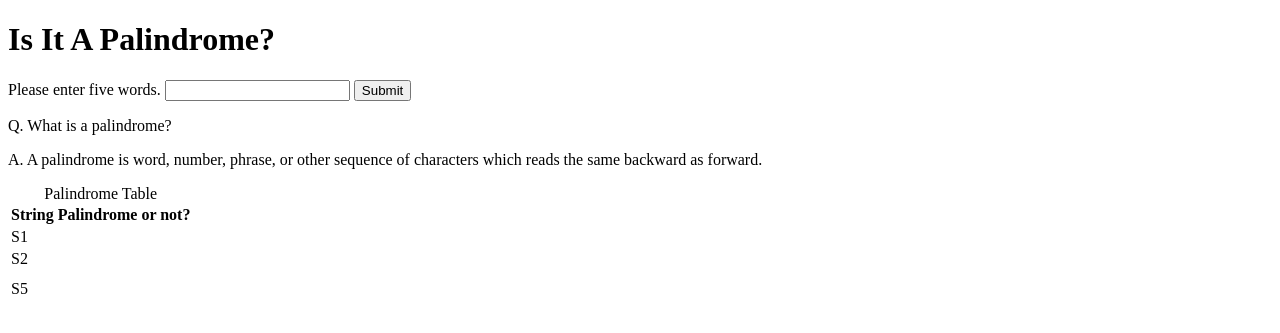
Repository: mlmEFSC21/P18-Palindrome-Table
Page: palindrome.html
The author's editor kept a copy of each file at every save. The page is drawn from the files as they stood at one save, then again after the next save.
The browser window is 1280 px wide. The pictures show the whole page.

Above is the page before, as saved 2022-04-03 17:19:40.

### palindrome.html
<!DOCTYPE html>
<html lang="en">
    <head>
        <meta charset="UTF-8" />
        <meta http-equiv="X-UA-Compatible" content="IE=edge" />
        <meta name="viewport" content="width=device-width, initial-scale=1.0" />
        <title>Palindrome Table</title>
    </head>
    <body>
        <header class="mainHeader">
            <h1>Is It A Palindrome?</h1>
        </header>
        <div class="mainContent">
            <div class="formContainer" id="formContainer">
                <form class="palindromeForm" id="palindromeForm">
                    <label for="stringInput">Please enter five words.</label>
                    <input
                        type="text"
                        name="stringInput"
                        class="stringInput"
                        id="stringInput"
                        required
                    />
                    <button type="submit" class="submit-btn" id="submit-btn">Submit</button>
                </form>
            </div>
            <div class="tableContainer" id="tableContainer">
                <div>
                    <p>Q. What is a palindrome?</p>
                    <p>
                        A. A palindrome is word, number, phrase, or other sequence of characters
                        which reads the same backward as forward.
                    </p>
                </div>
                <table>
                    <caption>
                        Palindrome Table
                    </caption>
                    <thead>
                        <tr>
                            <th>String</th>
                            <th>Palindrome or not?</th>
                        </tr>
                    </thead>
                    <tbody>
                        <tr>
                            <td class="string">S1</td>
                            <td class="yes-no"></td>
                        </tr>
                        <tr>
                            <td class="string">S2</td>
                            <td class="yes-no"></td>
                        </tr>
                        <tr>
                            <td class="string"></td>
                            <td class="yes-no"></td>
                        </tr>
                        <tr>
                            <td class="string"></td>
                            <td class="yes-no"></td>
                        </tr>
                        <tr>
                            <td class="string">S5</td>
                            <td class="yes-no"></td>
                        </tr>
                    </tbody>
                </table>
            </div>
        </div>
    </body>
</html>

After the next save:
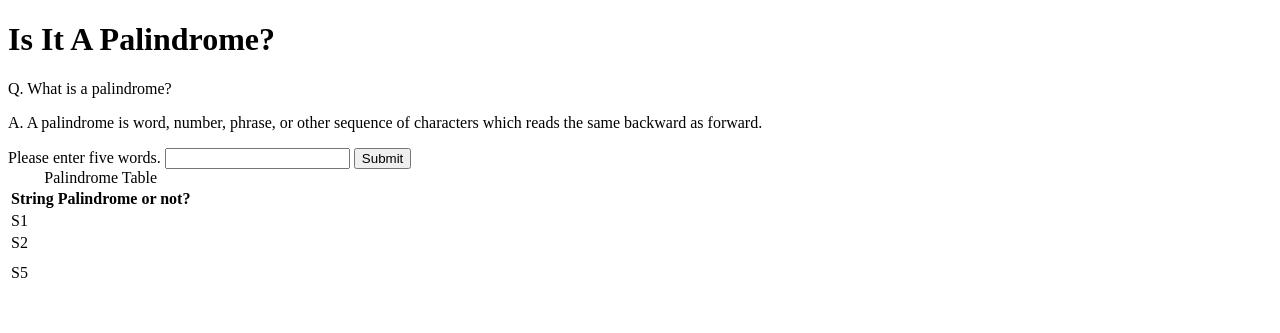
Saved 21 s later.
--- a/palindrome.html
+++ b/palindrome.html
@@ -10,6 +10,13 @@
         <header class="mainHeader">
             <h1>Is It A Palindrome?</h1>
         </header>
+        <div>
+            <p>Q. What is a palindrome?</p>
+            <p>
+                A. A palindrome is word, number, phrase, or other sequence of characters which reads
+                the same backward as forward.
+            </p>
+        </div>
         <div class="mainContent">
             <div class="formContainer" id="formContainer">
                 <form class="palindromeForm" id="palindromeForm">
@@ -25,13 +32,6 @@
                 </form>
             </div>
             <div class="tableContainer" id="tableContainer">
-                <div>
-                    <p>Q. What is a palindrome?</p>
-                    <p>
-                        A. A palindrome is word, number, phrase, or other sequence of characters
-                        which reads the same backward as forward.
-                    </p>
-                </div>
                 <table>
                     <caption>
                         Palindrome Table
